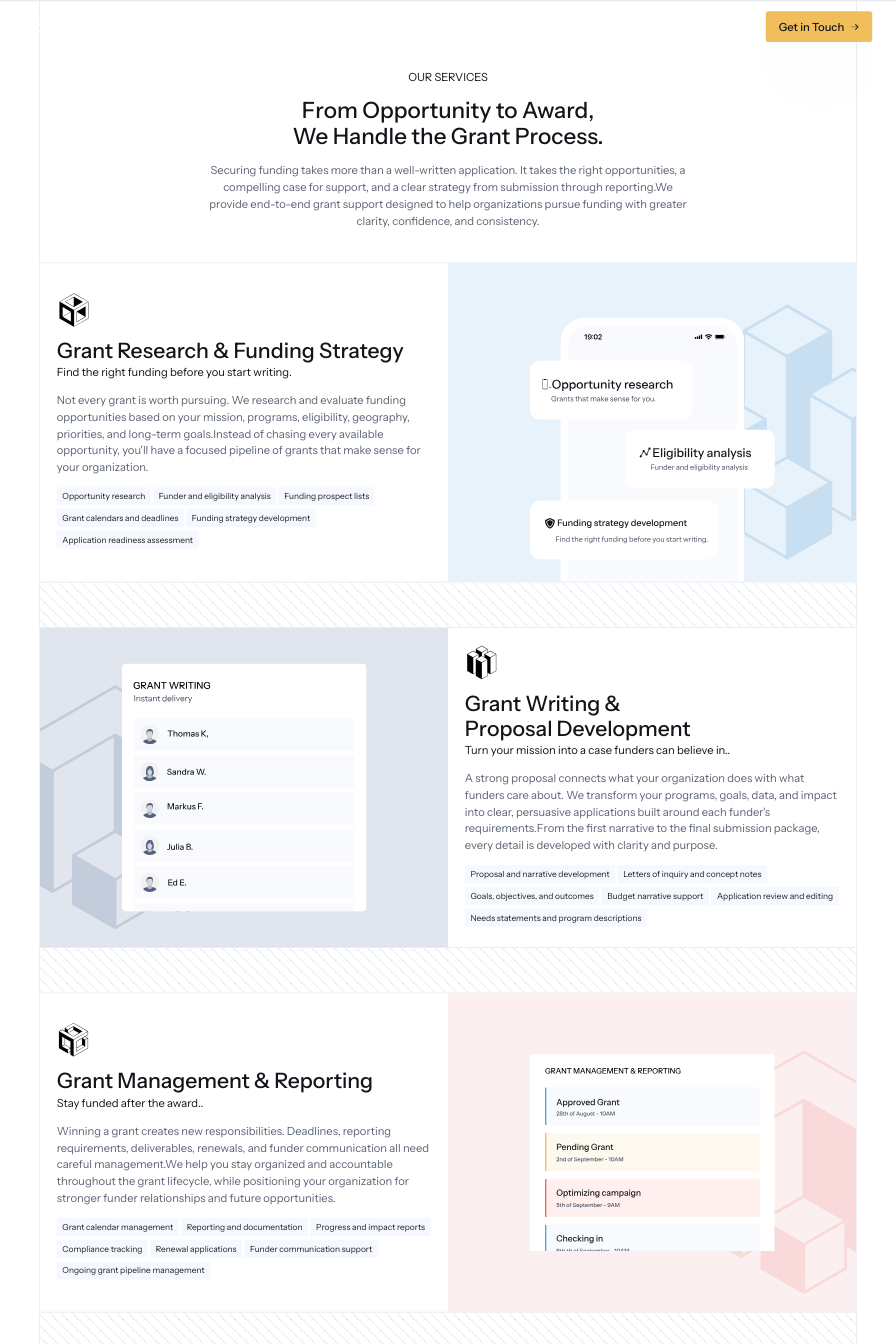
Repository: Ajeyinka/Upgrowth
Page: about.html
An editor plug-in stored every save of this project. The page is shown before and after the next save, followed by the edit.
The browser window is 1280 px wide. The pictures show the part of the page from y = 0 to 1920 px (the page is 4090 px tall before and 5644 px after), at 70% of full size.

Above is the page before, as saved 2026-09-24 18:38:20.

### about.html
<!doctype html>
<html lang="en">
  <head>
    <meta charset="UTF-8" />
    <meta name="viewport" content="width=device-width, initial-scale=1.0" />
     <meta
      name="description"
      content="Granted Advisors specialize in helping you scale your impact and secure resources they need to fulfill their mission"
    />
    <meta name="author" content="designer_0layinka" />
    <meta name="robots" content="index, follow" />
    <title>UpGrowth Consulting | grant writing service</title>
    <link rel="stylesheet" href="styles.css" />
    <link rel="icon" type="image/svg" href="images/logo.svg">
     <script src="script.js" defer></script>
  </head>
  <body>

    <nav class="navbar">
      <div class="nav-wrapper">
        <a class="logo" href="/">
           Hope Consults
        </a>

      <ul class="nav-list">
        <li><a href="#about">About Us</a></li>
        <li><a href="#services">Services</a></li>
        <li><a href="#approach">Approach</a></li>
        <li><a href="#faq">Faq</a></li>
      </ul>
      <div class="btn-wrap">
        <a href="contact.html" class="primary-btn"
          >Get in Touch
           <svg xmlns:xlink="http://www.w3.org/1999/xlink"  width="100%" height="100%" viewBox="0 0 16 17" fill="currentColor" xmlns="http://www.w3.org/2000/svg">
<path opacity="0.5" d="M2.66659 8C2.53398 8 2.4068 8.05268 2.31303 8.14645C2.21926 8.24021 2.16659 8.36739 2.16659 8.5C2.16659 8.63261 2.21926 8.75978 2.31303 8.85355C2.4068 8.94732 2.53398 9 2.66659 9L2.66659 8ZM2.66659 9L13.3333 9L13.3333 8L2.66659 8L2.66659 9Z" fill="currentColor"></path>
<path d="M13.9152 8.02637C14.1555 8.32095 14.138 8.75567 13.8634 9.03028L9.86341 13.0303C9.57051 13.3232 9.09575 13.3232 8.80286 13.0303C8.50997 12.7374 8.50997 12.2626 8.80286 11.9697L12.2726 8.5L8.80286 5.03028C8.50997 4.73738 8.50997 4.26262 8.80286 3.96973C9.09575 3.67684 9.57052 3.67684 9.86341 3.96973L13.8634 7.96973L13.9152 8.02637Z" fill="currentColor"></path>
</svg>
        </a>
      </div>
      <div class="btn-toggle-hold">
              <a href="#" class="toggle_button" id="toggle_button">
                <span class="bar one"></span>
                <span class="bar two"></span>
                <span class="bar three"></span>
              </a>

            </div>

    </nav>
    <main>
         <section class="about-section" id="about">
  <div class="container_large">
    <div class="padding_globe">
      <div class="service-component">
        <div class="section-conten">



        </div>
      </div>
    </div>
  </div>
</section>

        <section class="service-section" id="services">
          <div class="container_large">
             <div class="padding_globe">
              <div class="service-component">
                 <div class="section-top">
                  <div class="section-top-text">
                        <div class="eye-brow">OUR SERVICES</div>
                        <h2>From Opportunity to Award, We Handle the Grant Process.</h2>
                         <p>Securing funding takes more than a well-written application. It takes the right opportunities, a compelling case for support, and a clear strategy from submission through reporting.We provide end-to-end grant support designed to help organizations pursue funding with greater clarity, confidence, and consistency.</p>
                  </div>

                 </div>
                 <div class="section-content">
                   <div class="two-col-grid">
                     <div class="grid-text">
                      <img src="images/grant.svg" alt="" srcset="">
                      <div>
                        <h3>Grant Research & Funding Strategy</h3>
                       <div class="eye-brow">Find the right funding before you start writing.</div>
                      </div>
                       <p>Not every grant is worth pursuing. We research and evaluate funding opportunities based on your mission, programs, eligibility, geography, priorities, and long-term goals.Instead of chasing every available opportunity, you'll have a focused pipeline of grants that make sense for your organization.</p>
                        <div class="tags">
                        <div class="tag">Opportunity research</div>
                        <div class="tag">Funder and eligibility analysis</div>
                        <div class="tag">Funding prospect lists</div>
                        <div class="tag">Grant calendars and deadlines</div>
                        <div class="tag">Funding strategy development</div>
                        <div class="tag">Application readiness assessment</div>
                       </div>
                     </div>
                     <div class="grid-image">
                      <img src="images/firstbg.svg" alt="" srcset="">
                      <img src="images/grand-research.svg" alt="" srcset="" class=" rsh">
                    </div>
                   </div>
                    <div class="two-col-grid">

                     <div class="grid-image">
                      <img src="images/secondbg.svg" alt="" srcset="">
                      <img src="images/grantwrite.svg" alt="" srcset="" class="top">
                    </div>
                    <div class="grid-text">
                      <img src="images/grant2.svg" alt="" srcset="">
                      <div>
                        <h3>Grant Writing & Proposal Development</h3>
                       <div class="eye-brow">Turn your mission into a case funders can believe in..</div>
                      </div>
                       <p>A strong proposal connects what your organization does with what funders care about. We transform your programs, goals, data, and impact into clear, persuasive applications built around each funder's requirements.From the first narrative to the final submission package, every detail is developed with clarity and purpose.</p>
                        <div class="tags">
                        <div class="tag">Proposal and narrative development</div>
                        <div class="tag">Letters of inquiry and concept notes</div>
                        <div class="tag">Goals, objectives, and outcomes</div>
                        <div class="tag">Budget narrative support</div>
                        <div class="tag">Application review and editing</div>
                        <div class="tag">Needs statements and program descriptions</div>
                       </div>
                     </div>
                   </div>
                    <div class="two-col-grid">
                     <div class="grid-text">
                      <img src="images/grant3.svg" alt="" srcset="">
                       <div>
                        <h3>Grant Management & Reporting</h3>
                       <div class="eye-brow">Stay funded after the award..</div>
                      </div>
                       <p>Winning a grant creates new responsibilities. Deadlines, reporting requirements, deliverables, renewals, and funder communication all need careful management.We help you stay organized and accountable throughout the grant lifecycle, while positioning your organization for stronger funder relationships and future opportunities.</p>
                       <div class="tags">
                        <div class="tag">Grant calendar management</div>
                        <div class="tag">Reporting and documentation</div>
                        <div class="tag">Progress and impact reports</div>
                        <div class="tag">Compliance tracking</div>
                        <div class="tag">Renewal applications</div>
                        <div class="tag">Funder communication support</div>
                        <div class="tag">Ongoing grant pipeline management</div>
                       </div>
                     </div>
                     <div class="grid-image">
                      <img src="images/thirdbg.svg" alt="" srcset="">
                      <img src="images/grantmanage.svg" alt="" srcset="" class="top">
                    </div>
                   </div>
                 </div>
              </div>
             </div>
          </div>
        </section>
        <section class="approach-section" id="approach">
          <div class="container_large">
             <div class="padding_globe">
              <div class="service-component">
                <div class="section-top">
                  <div class="section-top-text">
                        <div class="eye-brow">OUR APPROACH</div>
                        <h2>The Right Grant.The Right Story.The Right Strategy.</h2>
                         <p>Successful grant funding starts long before the application and continues after the award. Our approach brings research, strategy, writing, and grant management together into one clear process, so every opportunity you pursue has purpose behind it.</p>
                  </div>

                 </div>
                 <div class="section-content">
                   <div class="three-col-grid">
                     <div class="approach-card">
                       <img src="images/grant4.svg" alt="">
                       <div>
                         <div class="eyebrow">DISCOVER</div>
                        <h3>We Start With Your Mission.</h3>
                       </div>
                       <p>Before we search for funding, we take the time to understand your organization, programs, goals, community, and funding priorities. This gives us the foundation to identify opportunities that truly align with the work you do.</p>
                       <div class="eyebrow">Understand the mission. Define the need. Set the direction.</div>
                     </div>
                     <div class="approach-card">
                       <img src="images/grant5.svg" alt="">
                       <div>
                         <div class="eyebrow">RESEARCH</div>
                         <h3>We Find the Right Opportunities.</h3>
                       </div>
                       <p>More grants don't always mean more funding. We research and qualify opportunities based on eligibility, alignment, funding priorities, deadlines, and your likelihood of being a strong candidate.</p>
                        <div class="eyebrow">Less chasing. More strategic opportunities.</div>
                     </div>
                      <div class="approach-card">
                       <img src="images/grant6.svg" alt="">
                       <div>
                         <div class="eyebrow">DEVELOP</div>
                         <h3>We Build a Compelling Case.</h3>
                       </div>
                       <p>We turn your programs, impact, data, and vision into a clear proposal tailored to each funder. Every application is developed to communicate not only what you need, but why your work deserves investment.</p>
                        <div class="eyebrow">Clear narratives. Strong applications. Funder-focused storytelling.</div>
                     </div>
                      <div class="approach-card">
                       <img src="images/grant.svg" alt="">
                       <div>
                         <div class="eyebrow">SUPPORT</div>
                         <h3>We Stay With You Beyond Submission.</h3>
                       </div>
                       <p>Our work doesn't have to end when you hit submit. We can help manage your grant pipeline, reporting requirements, renewals, deadlines, and future opportunities, giving you a more consistent approach to funding.</p>
                        <div class="eyebrow">From first opportunity to long-term funding strategy.</div>
                     </div>


                   </div>
                 </div>
              </div>

             </div>
          </div>
        </section>


        <section class="cta-section rel" id="cta">
          <div class="container_large">
             <div class="padding_globe">
                  <img src="images/bg.svg" alt="" class="bg">
                  <img src="images/bg1.svg" alt="" class="bg2">
                  <div class="cta-component">
                      <h2>Ready to discuss your funding needs?</h2>
                      <p>Schedule a Sales Discovery Call today!</p>
                       <div class="btn-wrapper">
                        <a href="contact.html" class="primary-btn"
                          >Get Grant Support
                           <svg xmlns:xlink="http://www.w3.org/1999/xlink"  width="100%" height="100%" viewBox="0 0 16 17" fill="currentColor" xmlns="http://www.w3.org/2000/svg">
                              <path opacity="0.5" d="M2.66659 8C2.53398 8 2.4068 8.05268 2.31303 8.14645C2.21926 8.24021 2.16659 8.36739 2.16659 8.5C2.16659 8.63261 2.21926 8.75978 2.31303 8.85355C2.4068 8.94732 2.53398 9 2.66659 9L2.66659 8ZM2.66659 9L13.3333 9L13.3333 8L2.66659 8L2.66659 9Z" fill="currentColor"></path>
                              <path d="M13.9152 8.02637C14.1555 8.32095 14.138 8.75567 13.8634 9.03028L9.86341 13.0303C9.57051 13.3232 9.09575 13.3232 8.80286 13.0303C8.50997 12.7374 8.50997 12.2626 8.80286 11.9697L12.2726 8.5L8.80286 5.03028C8.50997 4.73738 8.50997 4.26262 8.80286 3.96973C9.09575 3.67684 9.57052 3.67684 9.86341 3.96973L13.8634 7.96973L13.9152 8.02637Z" fill="currentColor"></path>
                          </svg>
                        </a>
                      </div>
                  </div>
             </div>
          </div>
        </section>

    </main>
      <footer>
             <div class="container_large">
               <div class="padding_globe">
                    <div class="footer-component">
                      <div class="col">
                        <img src="images/footerlogo.svg" alt="">
                        <p>Scale your funding opportunities</p>
                      </div>
                      <div class="col">
                        <h4>Navigate</h4>
                        <ul class="footer-links">
                            <li><a href="index.html#about">About Us</a></li>
                            <li><a href="index.html#services">Services</a></li>
                            <li><a href="index.html#approach">Approach</a></li>
                            <li><a href="contact.html">Get in Touch</a></li>
                        </ul>
                      </div>
                      <div class="col">
                        <h4>Services</h4>
                        <ul class="footer-links">
                            <li><a href="index.html#services">Grant Writing</a></li>
                            <li><a href="index.html#services">Grant Research</a></li>
                            <li><a href="index.html#services">Grant Management</a></li>
                            </ul>
                      </div>
                      <div class="col">
                        <h4>Legal</h4>
                        <ul class="footer-links">
                            <li><a href="privacy.html">Privacy notice</a></li>
                            <li><a href="cookie-policy.html">cookie policy</a></li>
                            <li><a href="contact.html">Contact Us</a></li>
                        </ul>
                      </div>
                      <div class="footer-btm">
                        <p>© 2024 UpGrowth.</p>
                      </div>
                    </div>
             </div>
        </footer>
  </body>
</html>

Loaded but not shown: images/grand-research.svg (58 lines, source omitted); images/grantmanage.svg (52 lines, source omitted); images/grantwrite.svg (95 lines, source omitted); images/footerlogo.svg (25 lines, source omitted); images/bg1.svg (4 lines, source omitted); images/bg.svg (5 lines, source omitted); images/grant4.svg (5 lines, source omitted); images/grant3.svg (3 lines, source omitted); images/grant5.svg (3 lines, source omitted); images/grant6.svg (3 lines, source omitted); images/grant2.svg (3 lines, source omitted); images/grant.svg (5 lines, source omitted); images/secondbg.svg (11 lines, source omitted); images/thirdbg.svg (4 lines, source omitted); script.js (76 lines, source omitted); styles.css (1070 lines, source omitted)

After the next save:
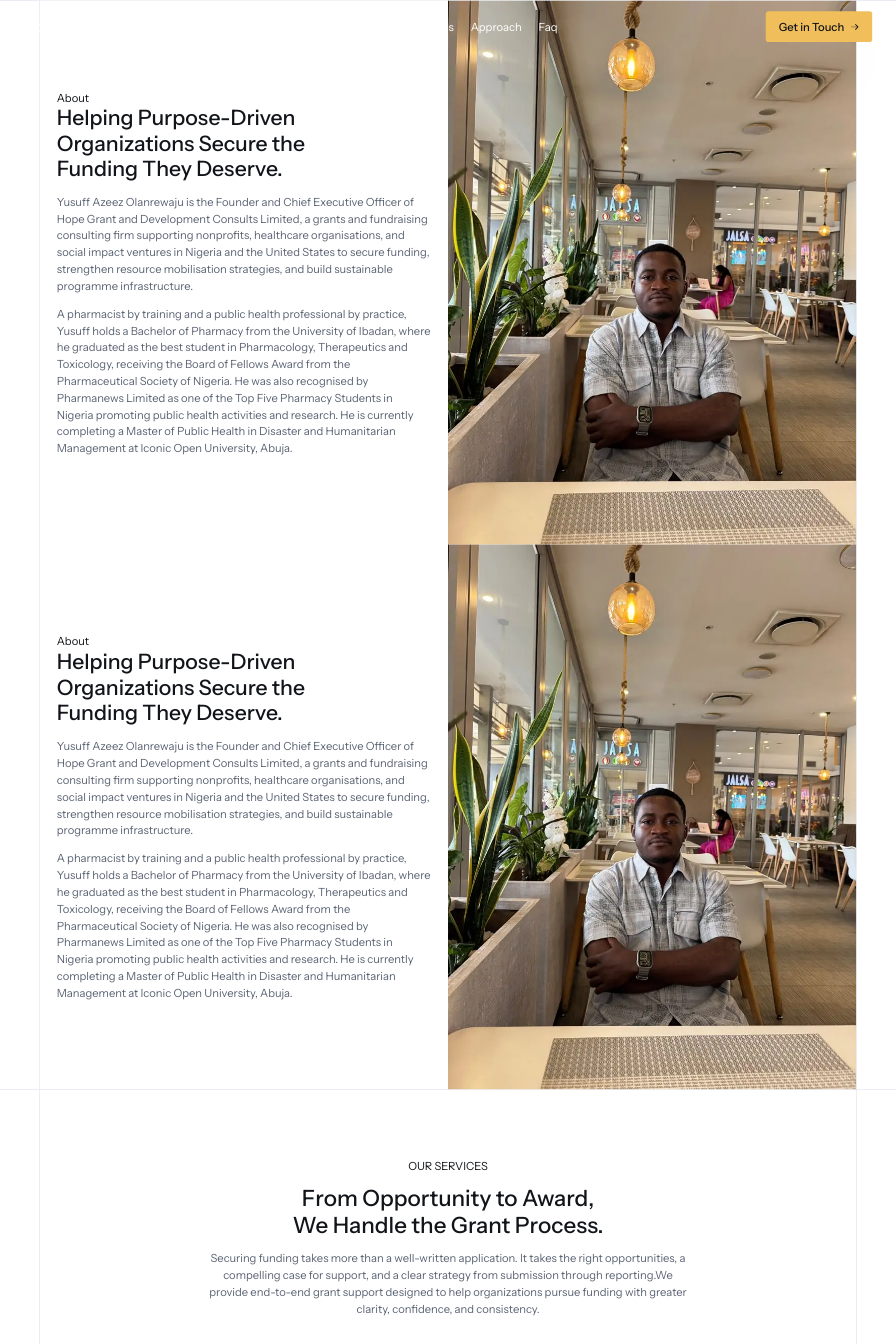
Saved 14 s later.
--- a/about.html
+++ b/about.html
@@ -54,7 +54,55 @@
       <div class="service-component">
         <div class="section-conten">
 
-
+        <div class="two-col-grid">
+            <div class="grid-text">
+              <div>
+                <div class="eye-brow">About</div>
+
+                <h2>
+                  Helping Purpose-Driven Organizations Secure the Funding They
+                  Deserve.
+                </h2>
+              </div>
+
+              <p>
+                Yusuff Azeez Olanrewaju is the Founder and Chief Executive Officer of Hope Grant and Development Consults Limited, a grants and fundraising consulting firm supporting nonprofits, healthcare organisations, and social impact ventures in Nigeria and the United States to secure funding, strengthen resource mobilisation strategies, and build sustainable programme infrastructure.
+
+
+
+              </p>
+              <p>A pharmacist by training and a public health professional by practice, Yusuff holds a Bachelor of Pharmacy from the University of Ibadan, where he graduated as the best student in Pharmacology, Therapeutics and Toxicology, receiving the Board of Fellows Award from the Pharmaceutical Society of Nigeria. He was also recognised by Pharmanews Limited as one of the Top Five Pharmacy Students in Nigeria promoting public health activities and research. He is currently completing a Master of Public Health in Disaster and Humanitarian Management at Iconic Open University, Abuja.</p>
+            </div>
+
+            <div class="grid-image">
+              <img src="images/consult.webp" alt="" />
+            </div>
+          </div>
+
+           <div class="two-col-grid">
+            <div class="grid-text">
+              <div>
+                <div class="eye-brow">About</div>
+
+                <h2>
+                  Helping Purpose-Driven Organizations Secure the Funding They
+                  Deserve.
+                </h2>
+              </div>
+
+              <p>
+                Yusuff Azeez Olanrewaju is the Founder and Chief Executive Officer of Hope Grant and Development Consults Limited, a grants and fundraising consulting firm supporting nonprofits, healthcare organisations, and social impact ventures in Nigeria and the United States to secure funding, strengthen resource mobilisation strategies, and build sustainable programme infrastructure.
+
+
+
+              </p>
+              <p>A pharmacist by training and a public health professional by practice, Yusuff holds a Bachelor of Pharmacy from the University of Ibadan, where he graduated as the best student in Pharmacology, Therapeutics and Toxicology, receiving the Board of Fellows Award from the Pharmaceutical Society of Nigeria. He was also recognised by Pharmanews Limited as one of the Top Five Pharmacy Students in Nigeria promoting public health activities and research. He is currently completing a Master of Public Health in Disaster and Humanitarian Management at Iconic Open University, Abuja.</p>
+            </div>
+
+            <div class="grid-image">
+              <img src="images/consult.webp" alt="" />
+            </div>
+          </div>
 
         </div>
       </div>
